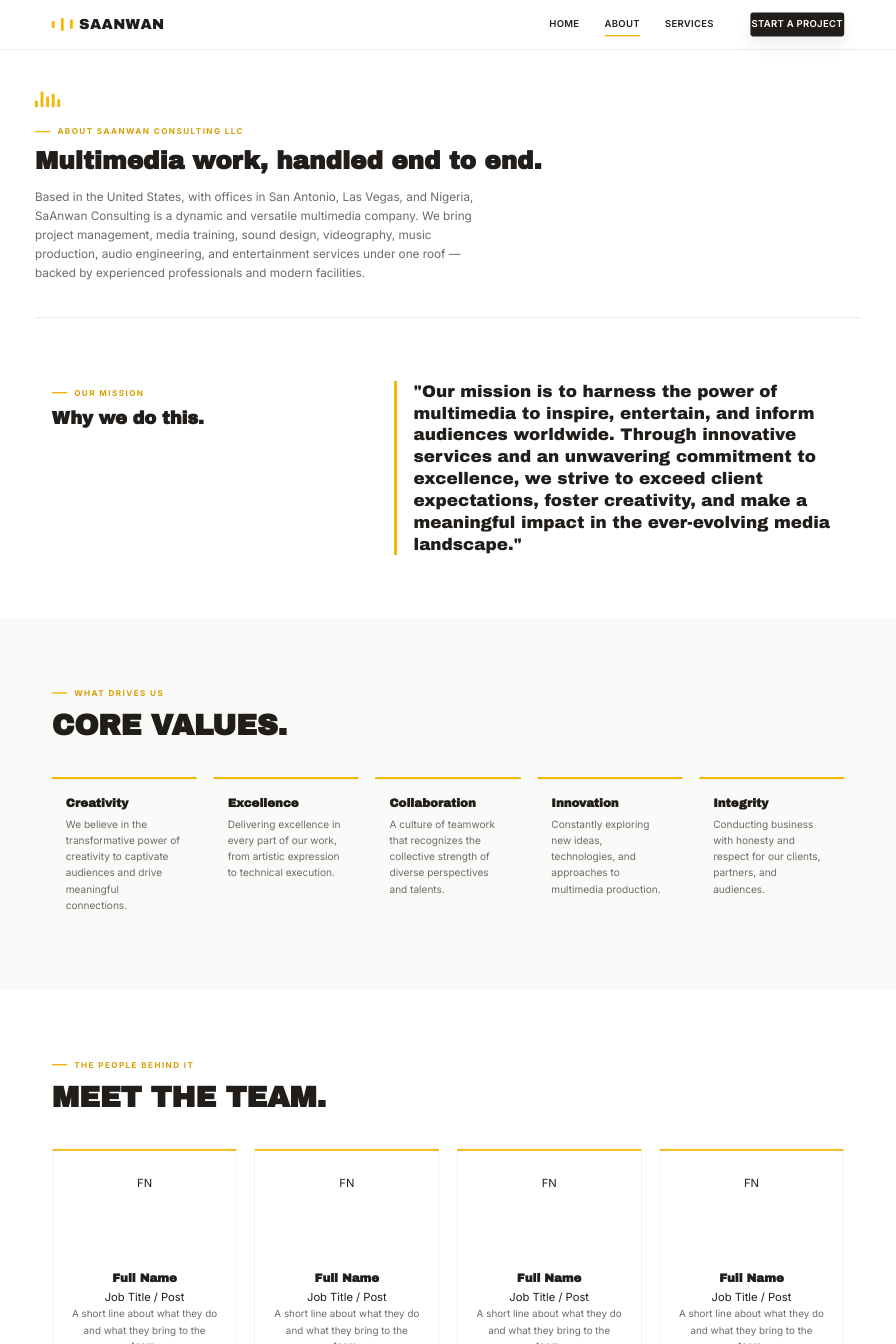
Repository: joshuaonazi/saanwan
Page: about.html
An editor plug-in stored every save of this project. The page is shown before and after the next save, followed by the edit.
The browser window is 1280 px wide. The pictures show the part of the page from y = 0 to 1920 px (the page is 3227 px tall), at 70% of full size.

Above is the page before, as saved 2026-07-10 17:01:00.

### about.html
<!DOCTYPE html>
<html lang="en">
  <head>
    <meta charset="UTF-8">
    <meta name="viewport" content="width=device-width, initial-scale=1.0">
    <title>About — SAANWAN Consulting</title>
    <meta name="description" content="Learn about SAANWAN Consulting LLC — our mission, core values, and offices in San Antonio, Las Vegas, and Nigeria.">
    <link rel="preconnect" href="https://fonts.googleapis.com">
    <link rel="preconnect" href="https://fonts.gstatic.com" crossorigin>
    <link href="https://fonts.googleapis.com/css2?family=Archivo+Black&family=Inter:wght@400;500;600;700&display=swap" rel="stylesheet">
    <link rel="stylesheet" href="styles.css">
  </head>
<body>

<header class="site-header">
  <nav class="nav wrap">
    <a href="index.html" class="logo" aria-label="SAANWAN home">
      <span class="bar"></span><span class="bar"></span><span class="bar"></span>
      SAANWAN
    </a>
    <button class="nav-toggle" aria-label="Toggle menu" aria-expanded="false">
      <span></span><span></span><span></span>
    </button>
    <div class="nav-links">
      <a href="index.html">Home</a>
      <a href="about.html" aria-current="page">About</a>
      <a href="services.html">Services</a>
      <a href="contact.html" class="nav-cta">Start a Project</a>
    </div>
  </nav>
</header>

<main>

  <section class="page-hero wrap">
    <div class="eq-divider"><span></span><span></span><span></span><span></span><span></span></div>
    <span class="eyebrow">About SaAnwan Consulting LLC</span>
    <h3 style="text-transform:none; font-size: 2.2rem;">Multimedia work, handled end to end.</h3>
    <p>Based in the United States, with offices in San Antonio, Las Vegas, and Nigeria, SaAnwan Consulting is a dynamic and versatile multimedia company. We bring project management, media training, sound design, videography, music production, audio engineering, and entertainment services under one roof — backed by experienced professionals and modern facilities.</p>
  </section>

  <section class="section">
    <div class="wrap mission-block">
      <div>
        <span class="eyebrow">Our Mission</span>
        <h2 style="text-transform:none; font-size: 1.6rem;">Why we do this.</h2>
      </div>
      <blockquote>
        "Our mission is to harness the power of multimedia to inspire, entertain, and inform audiences worldwide. Through innovative services and an unwavering commitment to excellence, we strive to exceed client expectations, foster creativity, and make a meaningful impact in the ever-evolving media landscape."
      </blockquote>
    </div>
  </section>

  <section class="section section-cream">
    <div class="wrap">
      <div class="section-head">
        <span class="eyebrow">What Drives Us</span>
        <h2>Core values.</h2>
      </div>
      <div class="values-grid">
        <div class="value-card">
          <h3>Creativity</h3>
          <p>We believe in the transformative power of creativity to captivate audiences and drive meaningful connections.</p>
        </div>
        <div class="value-card">
          <h3>Excellence</h3>
          <p>Delivering excellence in every part of our work, from artistic expression to technical execution.</p>
        </div>
        <div class="value-card">
          <h3>Collaboration</h3>
          <p>A culture of teamwork that recognizes the collective strength of diverse perspectives and talents.</p>
        </div>
        <div class="value-card">
          <h3>Innovation</h3>
          <p>Constantly exploring new ideas, technologies, and approaches to multimedia production.</p>
        </div>
        <div class="value-card">
          <h3>Integrity</h3>
          <p>Conducting business with honesty and respect for our clients, partners, and audiences.</p>
        </div>
      </div>
    </div>
  </section>

  <section class="section">
    <div class="wrap">
      <div class="section-head">
        <span class="eyebrow">The People Behind It</span>
        <h2>Meet the team.</h2>
      </div>
      <!--
        TEAM SETUP — this whole block is placeholder content, swap it for the real thing:
        1. Replace each <div class="placeholder-initials">XX</div> with
           <img src="assets/team/filename.jpg" alt="Full Name">
           (add real photos into an /assets/team/ folder — square images work best)
        2. Update the name, role/post, and short description text for each person.
        3. Copy a whole .team-card block to add more members, or delete one to remove.
      -->
      <div class="team-grid">
        <div class="team-card">
          <div class="team-photo">
            <div class="placeholder-initials">FN</div>
          </div>
          <div class="team-info">
            <h3>Full Name</h3>
            <span class="role">Job Title / Post</span>
            <p>A short line about what they do and what they bring to the team.</p>
          </div>
        </div>
        <div class="team-card">
          <div class="team-photo">
            <div class="placeholder-initials alt">FN</div>
          </div>
          <div class="team-info">
            <h3>Full Name</h3>
            <span class="role">Job Title / Post</span>
            <p>A short line about what they do and what they bring to the team.</p>
          </div>
        </div>
        <div class="team-card">
          <div class="team-photo">
            <div class="placeholder-initials">FN</div>
          </div>
          <div class="team-info">
            <h3>Full Name</h3>
            <span class="role">Job Title / Post</span>
            <p>A short line about what they do and what they bring to the team.</p>
          </div>
        </div>
        <div class="team-card">
          <div class="team-photo">
            <div class="placeholder-initials alt">FN</div>
          </div>
          <div class="team-info">
            <h3>Full Name</h3>
            <span class="role">Job Title / Post</span>
            <p>A short line about what they do and what they bring to the team.</p>
          </div>
        </div>
      </div>
    </div>
  </section>

  <section class="section section-cream">
    <div class="wrap">
      <div class="section-head">
        <span class="eyebrow">Where We Work</span>
        <h2>Our locations.</h2>
      </div>
      <div class="locations-grid">
        <div class="location-card">
          <span class="eyebrow">Texas</span>
          <h3>San Antonio</h3>
          <p>United States</p>
        </div>
        <div class="location-card">
          <span class="eyebrow">Nevada</span>
          <h3>Las Vegas</h3>
          <p>United States</p>
        </div>
        <div class="location-card">
          <span class="eyebrow">West Africa</span>
          <h3>Nigeria</h3>
          <p>International office</p>
        </div>
      </div>
    </div>
  </section>

  <section class="cta-banner">
    <div class="wrap">
      <span class="eyebrow" style="color: var(--color-yellow);">Let's Talk</span>
      <h2>Bring your project to a team that's done this before.</h2>
      <div class="cta-actions">
        <a href="contact.html" class="btn btn-primary">Get In Touch</a>
        <a href="services.html" class="btn btn-outline-light">See All Services</a>
      </div>
    </div>
  </section>

</main>

<footer class="site-footer">
  <div class="wrap">
    <div class="footer-top">
      <div>
        <a href="index.html" class="logo">
          <span class="bar"></span><span class="bar"></span><span class="bar"></span>
          SAANWAN
        </a>
        <p>A multimedia consulting company delivering creative and technical excellence across production, sound, and screen.</p>
      </div>
      <div class="footer-col">
        <h4>Site</h4>
        <ul>
          <li><a href="index.html">Home</a></li>
          <li><a href="about.html">About</a></li>
          <li><a href="services.html">Services</a></li>
          <li><a href="contact.html">Contact</a></li>
        </ul>
      </div>
      <div class="footer-col">
        <h4>Services</h4>
        <ul>
          <li><a href="services.html">Sound Design</a></li>
          <li><a href="services.html">Videography</a></li>
          <li><a href="services.html">Music Production</a></li>
          <li><a href="services.html">Audio Engineering</a></li>
        </ul>
      </div>
      <div class="footer-col">
        <h4>Locations</h4>
        <ul>
          <li><a href="about.html">San Antonio, USA</a></li>
          <li><a href="about.html">Las Vegas, USA</a></li>
          <li><a href="about.html">Nigeria</a></li>
        </ul>
      </div>
    </div>
    <div class="footer-bottom">
      <span>&copy; <span id="year"></span> SaAnwan Consulting LLC. All rights reserved.</span>
      <span>Built for creators, by creators.</span>
    </div>
  </div>
</footer>

<script src="index.js"></script>
</body>
</html>

Loaded but not shown: index.js (129 lines, source omitted); styles.css (757 lines, source omitted)

After the next save:
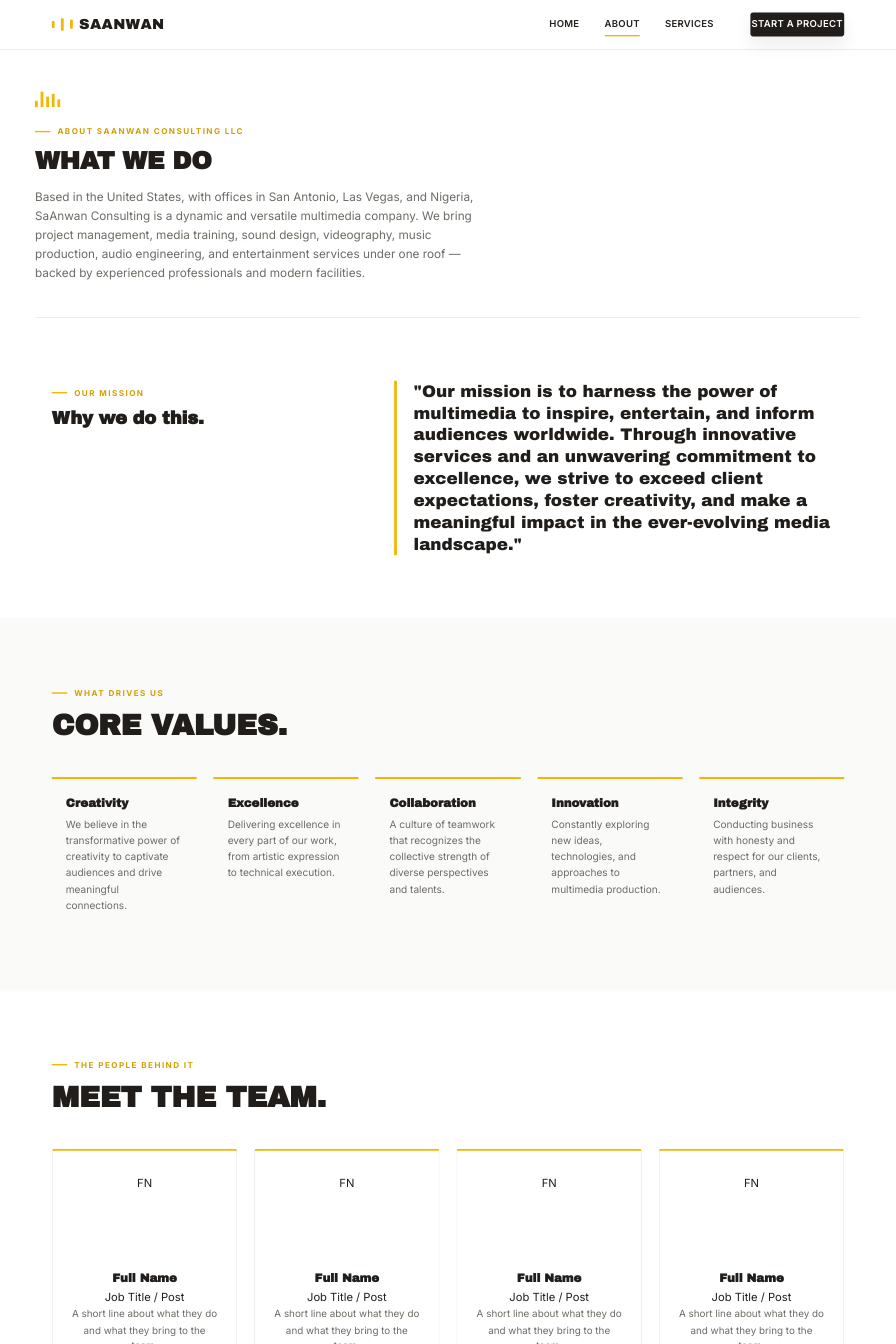
Saved 74 s later.
--- a/about.html
+++ b/about.html
@@ -35,7 +35,7 @@
   <section class="page-hero wrap">
     <div class="eq-divider"><span></span><span></span><span></span><span></span><span></span></div>
     <span class="eyebrow">About SaAnwan Consulting LLC</span>
-    <h3 style="text-transform:none; font-size: 2.2rem;">Multimedia work, handled end to end.</h3>
+    <h2 style="text-transform:none; font-size: 2.2rem;">WHAT WE DO</h2>
     <p>Based in the United States, with offices in San Antonio, Las Vegas, and Nigeria, SaAnwan Consulting is a dynamic and versatile multimedia company. We bring project management, media training, sound design, videography, music production, audio engineering, and entertainment services under one roof — backed by experienced professionals and modern facilities.</p>
   </section>
 
